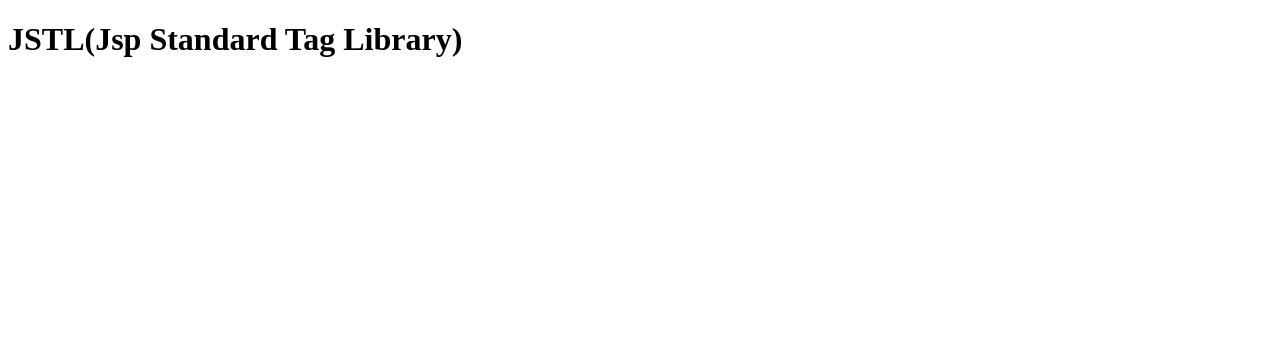
Repository: Rabsterd/6_Server
Page: http://localhost/JSPProject2/jstl/main
The author's editor kept a copy of each file at every save. The page is drawn from the files as they stood at one save, then again after the next save.
The browser window is 1280 px wide. The pictures show the whole page.
The page is served by Tomcat 9. Other server files are loaded and not shown.

Above is the page before, as saved 2023-09-19 03:11:01.

### JSPProject2/src/main/webapp/WEB-INF/views/jstl/main.jsp
<%@ page language="java" contentType="text/html; charset=UTF-8"
    pageEncoding="UTF-8"%>
<!DOCTYPE html>
<html>
<head>
<meta charset="UTF-8">
<title>JSTL(Jsp Standard Tag Library)</title>
</head>
<body>

	<h1>JSTL(Jsp Standard Tag Library)</h1>
</body>
</html>

### JSPProject2/src/main/java/edu/kh/jsp/controller/JSTLController.java
package edu.kh.jsp.controller;

import java.io.IOException;

import javax.servlet.ServletException;
import javax.servlet.annotation.WebServlet;
import javax.servlet.http.HttpServlet;
import javax.servlet.http.HttpServletRequest;
import javax.servlet.http.HttpServletResponse;

@WebServlet("/jstl/main")
public class JSTLController extends HttpServlet{

	@Override
	protected void doGet(HttpServletRequest req, HttpServletResponse resp) throws ServletException, IOException {

		req.getRequestDispatcher("/WEB-INF/views/jstl/main.jsp").forward(req, resp);
	}
}

After the next save:
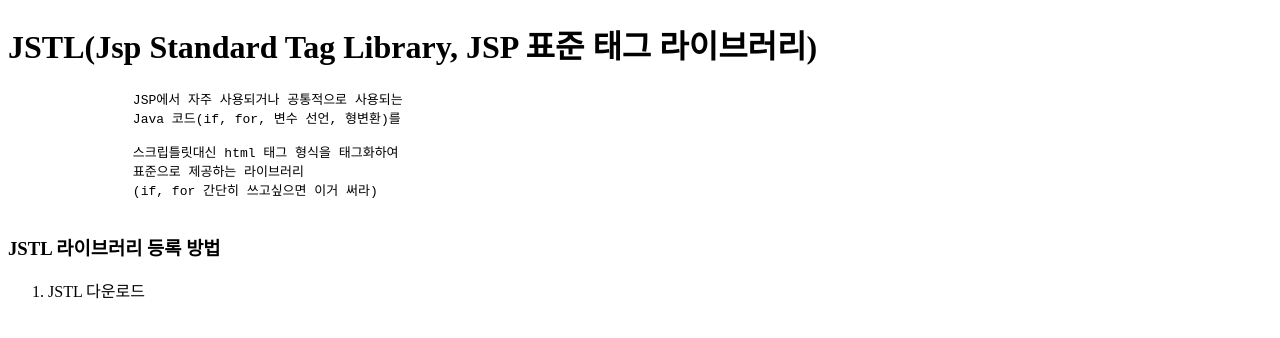
Saved 3 min 56 s later.
--- a/JSPProject2/src/main/webapp/WEB-INF/views/jstl/main.jsp
+++ b/JSPProject2/src/main/webapp/WEB-INF/views/jstl/main.jsp
@@ -8,6 +8,31 @@
 </head>
 <body>
 
-	<h1>JSTL(Jsp Standard Tag Library)</h1>
+	<h1>JSTL(Jsp Standard Tag Library, JSP 표준 태그 라이브러리)</h1>
+
+	<pre>
+		JSP에서 자주 사용되거나 공통적으로 사용되는
+		Java 코드(if, for, 변수 선언, 형변환)를
+
+		스크립틀릿대신 html 태그 형식을 태그화하여
+		표준으로 제공하는 라이브러리
+		(if, for 간단히 쓰고싶으면 이거 써라)
+	</pre>
+
+	<h3>JSTL 라이브러리 등록 방법</h3>
+
+	<ol>
+		<a hlef="https://tomcat.apache.org/download-taglibs.cgi"></a>
+		<li>JSTL 다운로드</li>
+	</ol>
+
+
+
+
+
+
+
+
+
 </body>
 </html>
